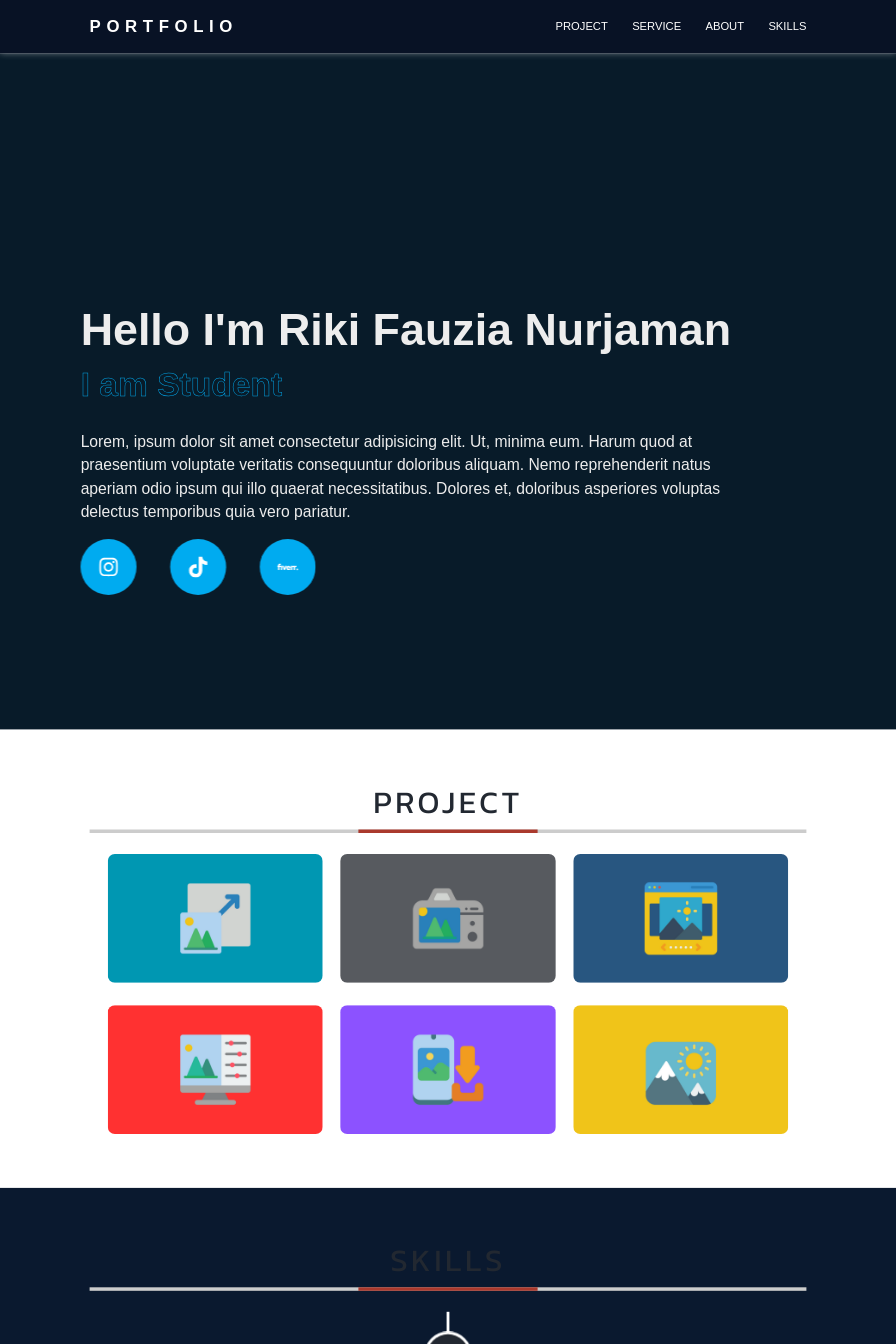
Repository: sellayspy/Portofolio
Page: /
The author's editor kept a copy of each file at every save. The page is drawn from the files as they stood at one save, then again after the next save.
The browser window is 1280 px wide. The pictures show the part of the page from y = 0 to 1920 px (the page is 4094 px tall), at 70% of full size.
The project was rebuilt for these pictures with package versions that can differ from the ones it lists, and the page was loaded fresh each time. Also part of the build but not shown: vite.config.js, src/styles/DetailPortfolio.css, src/components/ScrollToTop.jsx, src/pages/DetailPortfolio.jsx, src/pages/PagesNotFound.jsx.

Above is the page before, as saved 2024-09-15 16:36:13.

After the next save:
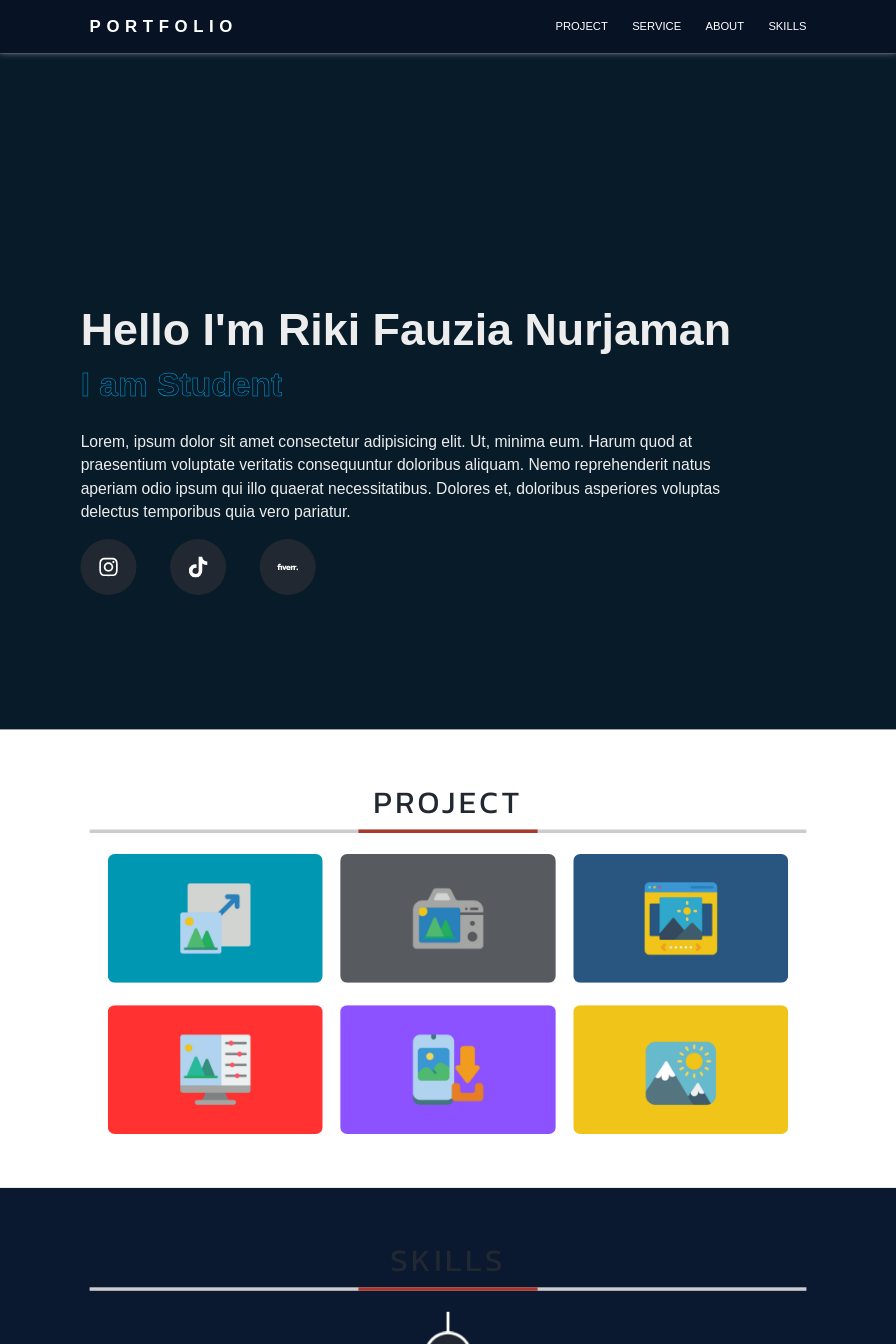
Saved 4 s later.
--- a/src/styles/Header.css
+++ b/src/styles/Header.css
@@ -50,7 +50,6 @@
   align-items: center;
   cursor: pointer;
   position: relative;
-  z-index: 1;
   transition: transform 0.3s ease-in-out;
 }
 

After the save that followed:
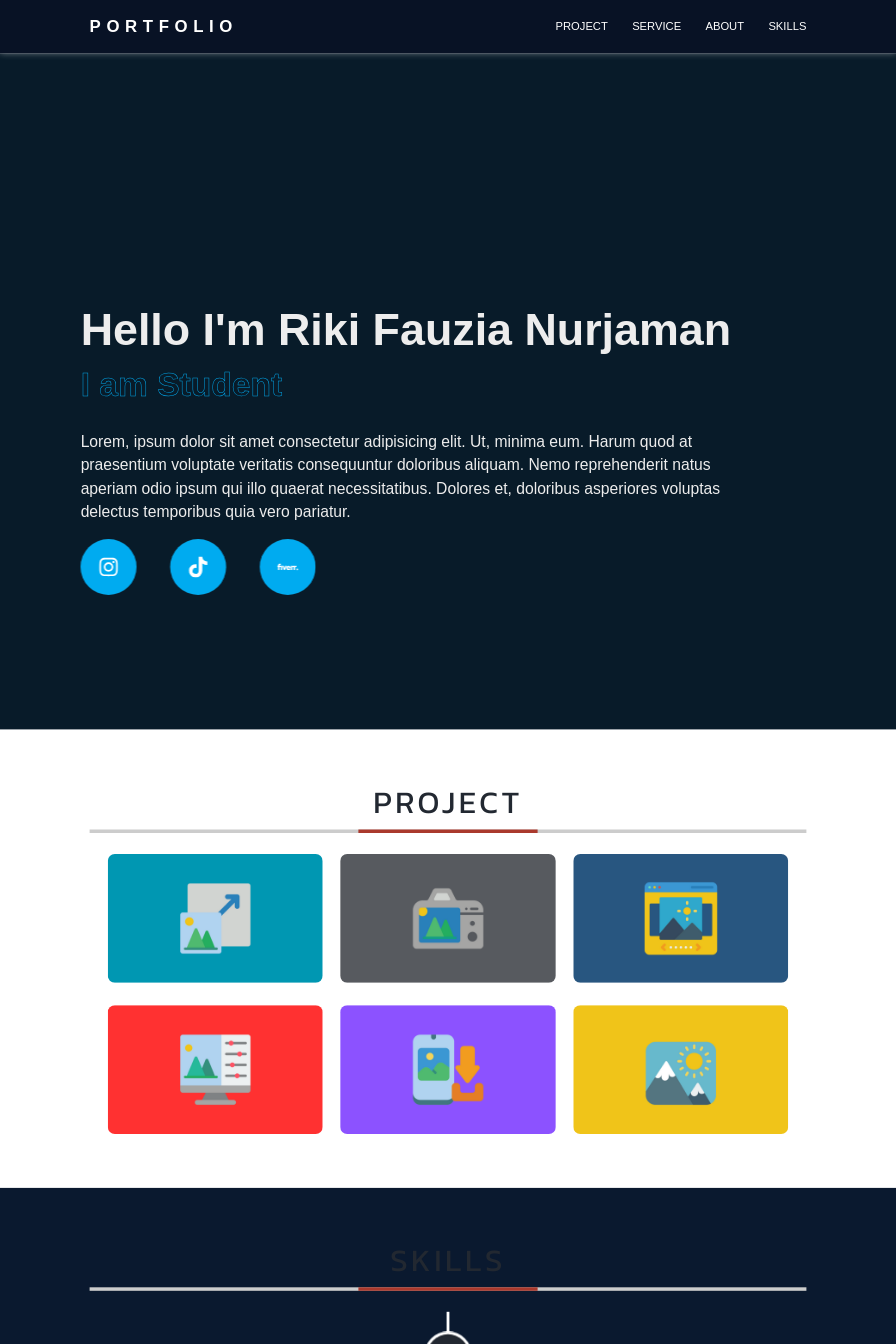
Saved 4 s later.
--- a/src/styles/Header.css
+++ b/src/styles/Header.css
@@ -50,6 +50,7 @@
   align-items: center;
   cursor: pointer;
   position: relative;
+  z-index: 1;
   transition: transform 0.3s ease-in-out;
 }
 
